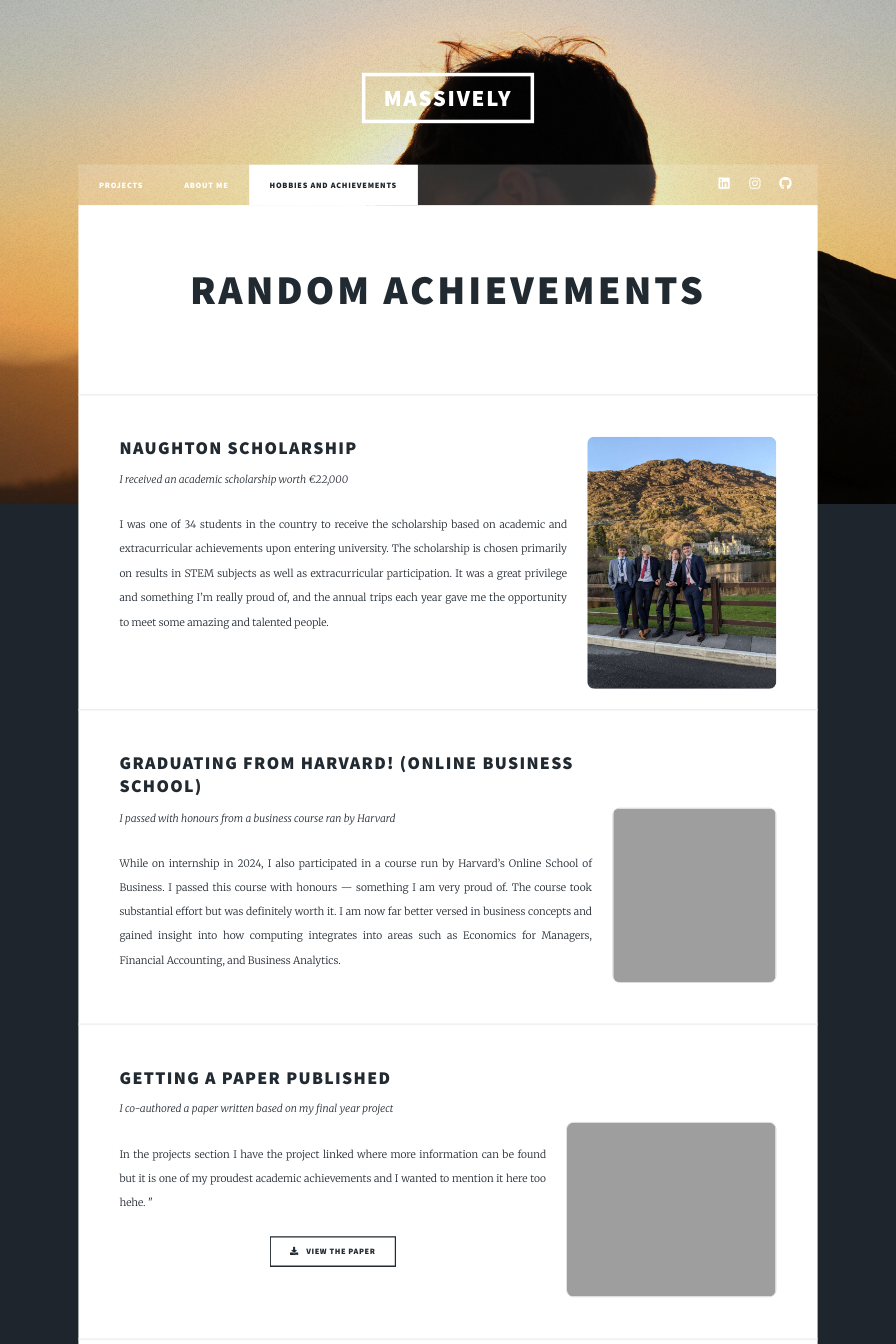
Repository: ciaranscan6/PersonalWebsite
Page: hobbies-and-ach.html
These files come from the project's save history. The page is drawn as it stood at one moment and after the next save; the edit follows.
The browser window is 1280 px wide. The pictures show the part of the page from y = 0 to 1920 px (the page is 13707 px tall), at 70% of full size.
Pictures or frames that could not be fetched are drawn as grey boxes.

Above is the page before, as saved 2025-11-22 05:13:33.

After the next save:
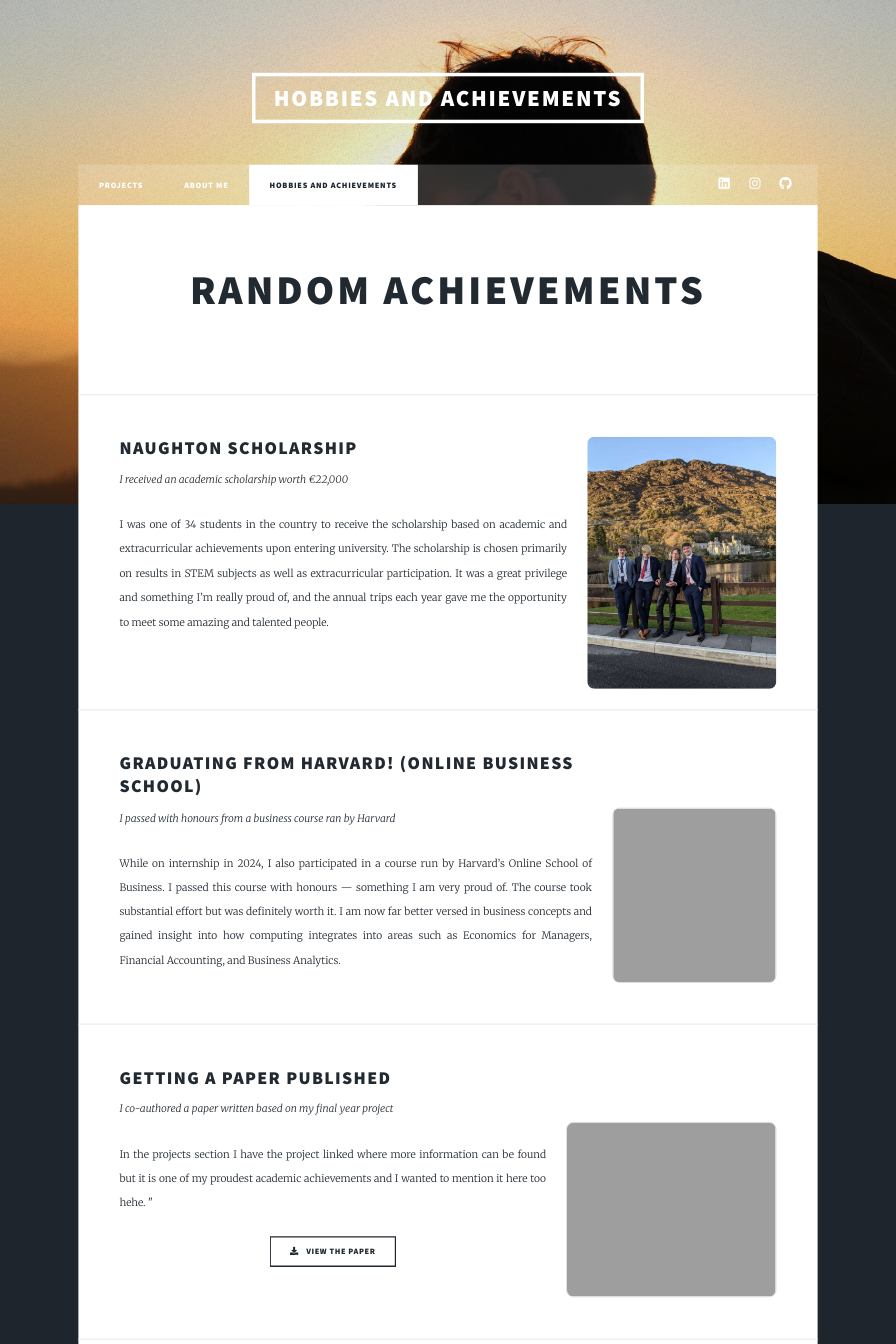
Saved 48 s later.
--- a/hobbies-and-ach.html
+++ b/hobbies-and-ach.html
@@ -19,7 +19,7 @@
 
 				<!-- Header -->
 					<header id="header">
-						<a href="index.html" class="logo">Massively</a>
+						<a href="index.html" class="logo">Hobbies and Achievements</a>
 					</header>
 
 				<!-- Nav -->
